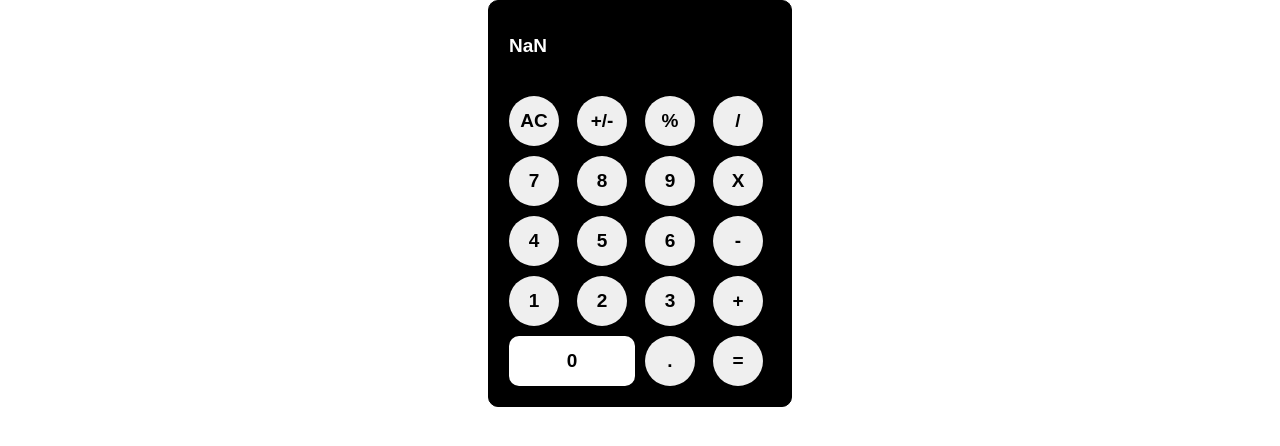
Repository: dmpelaez/calculator
Page: Calculator.html
An editor plug-in stored every save of this project. The page is shown before and after the next save, followed by the edit.
The browser window is 1280 px wide. The pictures show the whole page.

Above is the page before, as saved 2025-12-15 21:56:17.
Console error: ReferenceError: Invalid left-hand side in assignment

### Calculator.html
<!DOCTYPE html>

  <html>
    <head>

      <title>Calculator</title>

      <!--CSS-->
      <link rel="stylesheet" href="Calculator.css">

    </head>
    <body>
      <!--Container-->
      <main class="container">

        <!--Sections-->
        <section class="Section">

          <!--Input section-->
          <input class="inputSection" type="text" disabled>

          <!--Btns section-->
          <div class="btnSection">
            <button class="btn cancel">AC</button>
            <button class="btn signs">+/-</button>
            <button class="btn rmnder">%</button>
            <button class="btn divide" onclick="appendOperation(' / ')">/</button>
            <button class="btn seven" onclick="appendNumber('7')">7</button>
            <button class="btn eight" onclick="appendNumber('8')">8</button>
            <button class="btn nine" onclick="appendNumber('9')">9</button>
            <button class="btn times" onclick="appendOperation(' * ')">X</button>
            <button class="btn four" onclick="appendNumber('4')">4</button>
            <button class="btn five" onclick="appendNumber('5')">5</button>
            <button class="btn six" onclick="appendNumber('6')">6</button>
            <button class="btn minus"  onclick="appendOperation(' - ')">-</button>
            <button class="btn one" onclick="appendNumber('1')">1</button>
            <button class="btn two" onclick="appendNumber('2')">2</button>
            <button class="btn three" onclick="appendNumber('3')">3</button>
            <button class="btn plus"  onclick="appendOperation(' + ')">+</button>
            <button class="btn zero" onclick="appendNumber('0')">0</button>
            <button class="btn dot" onclick="appendNumber(' . ')" >.</button>
            <button class="btn equal" onclick="appendValue()">=</button>
          </div>
        </section>


      </main>

      <script src="Calculator.js"></script>
    </body>

  </html>

### Calculator.css
body {
  margin: 0;
  padding: 0;
  box-sizing: border-box;
  display: flex;
  align-items: center;
  justify-content: center;

}

.Section {
display: flex;
flex-direction: column;
border: 1px solid black;
border-radius: 10px;
gap: 20px;
background: black;
}
.inputSection {
  color: white;
  padding: 20px;
  padding-bottom: 0px;
  display: flex;
  justify-content: end;
  height: 50px;
  align-items: center;
  font-size: 19px;
  font-weight: bold;
  background: transparent;
  border: none;

}
.btnSection {
  display: grid;
  grid-template-columns: 1fr 1fr 1fr 1fr;
  padding: 20px;
  gap: 10px;
  padding-top: 5px;
}
.btn {
  border: none;
  height: 50px;
  width: 50px;
  border-radius: 50%;
  font-weight: bold;
  Font-size: 19px;
  cursor: pointer;
}
.equal {
  grid-column: 4
}
.dot {
  grid-column: 3
}
.zero {
  grid-row: 5;
  grid-column: 1 / 2 span;
  background: white;
  width: auto;
  border-radius: 10px;
}

### Calculator.js

let answer = 0;



function appendNumber(num) {
  answer += num;


   document.querySelector('.inputSection')
  .value += answer;

  return;
};

function appendOperation(sign) {
  document.querySelector('.inputSection')
  .value += sign;
}

function appendValue() {

  const result = eval(document.querySelector('.inputSection')
  .value);

  document.querySelector('.inputSection')
  .value = Number(result);

};

appendValue() = 0;





document.querySelector('.cancel')
.addEventListener('click', () => {

  document.querySelector('.inputSection')
  .value = '';

})

After the next save:
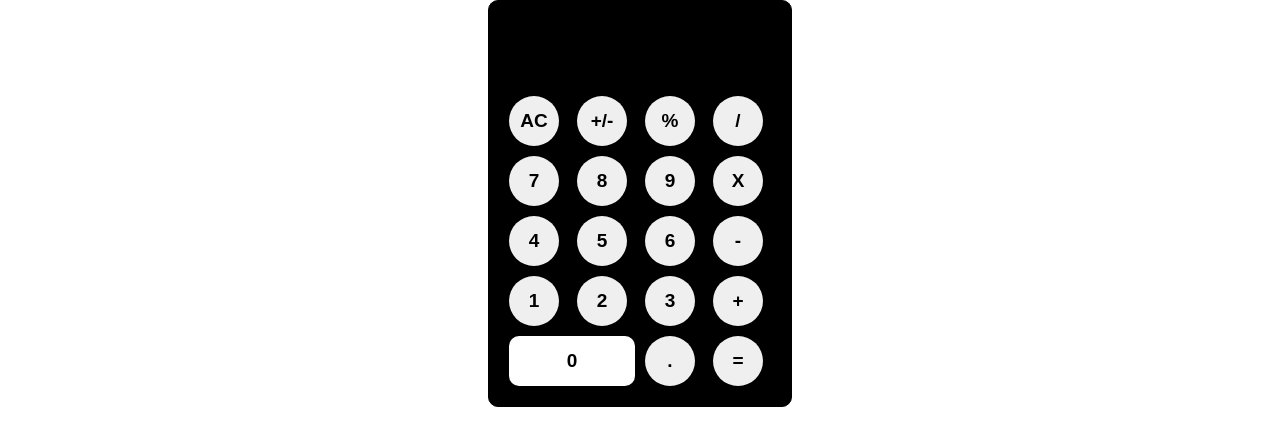
The error is gone.
Saved 12 s later.
--- a/Calculator.js
+++ b/Calculator.js
@@ -28,7 +28,7 @@ function appendValue() {
 
 };
 
-appendValue() = 0;
+
 
 
 
